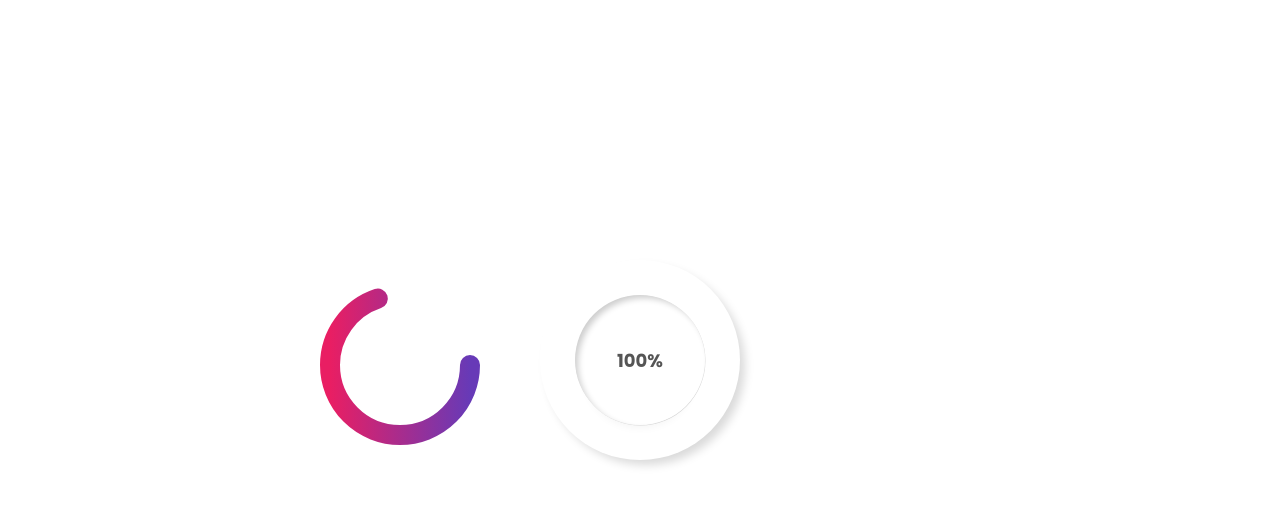
Repository: Ankitkr2021/Loader-Spinner
Page: index.html
The author's editor kept a copy of each file at every save. The page is drawn from the files as they stood at one save, then again after the next save.
The browser window is 1280 px wide. The pictures show the whole page.

Above is the page before, as saved 2025-10-21 13:37:42.

After the next save:
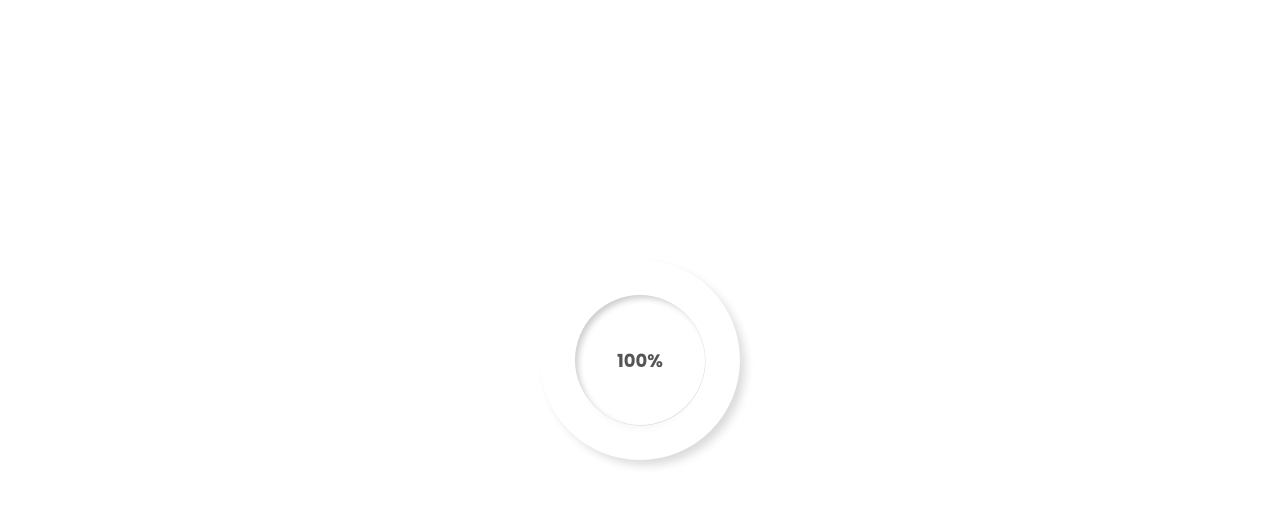
Saved 7 s later.
--- a/style.css
+++ b/style.css
@@ -56,7 +56,7 @@ circle {
 
 @keyframes anim {
     100% {
-            stroke-dashoffset: 165.2;
+            stroke-dashoffset: 472;
     }
     75% {
 
